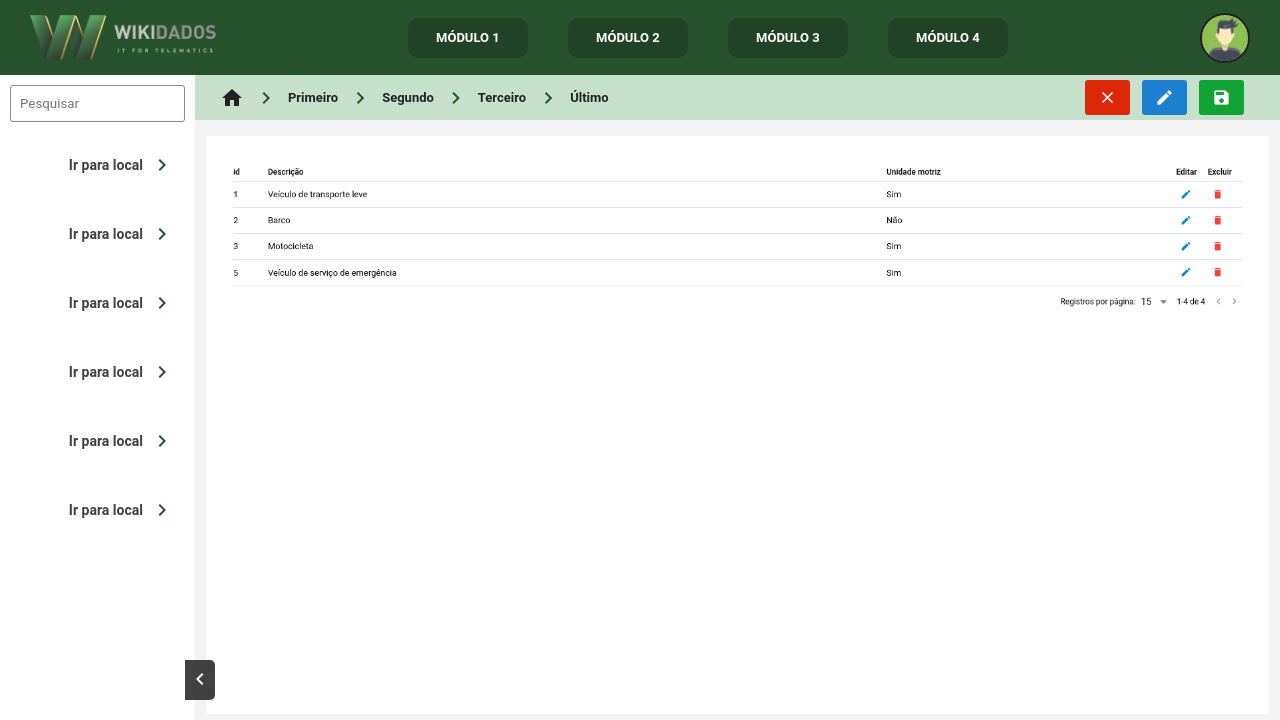
Repository: AlexDjon/alexdjon.github.io
Page: wiki-relayout/index.html
An editor plug-in stored every save of this project. The page is shown before and after the next save, followed by the edit.
The browser window is 1280 px wide. The pictures show the whole page.
Some web fonts or font styles are not loaded; a fallback is used.

Above is the page before, as saved 2020-08-12 17:26:28.

After the next save:
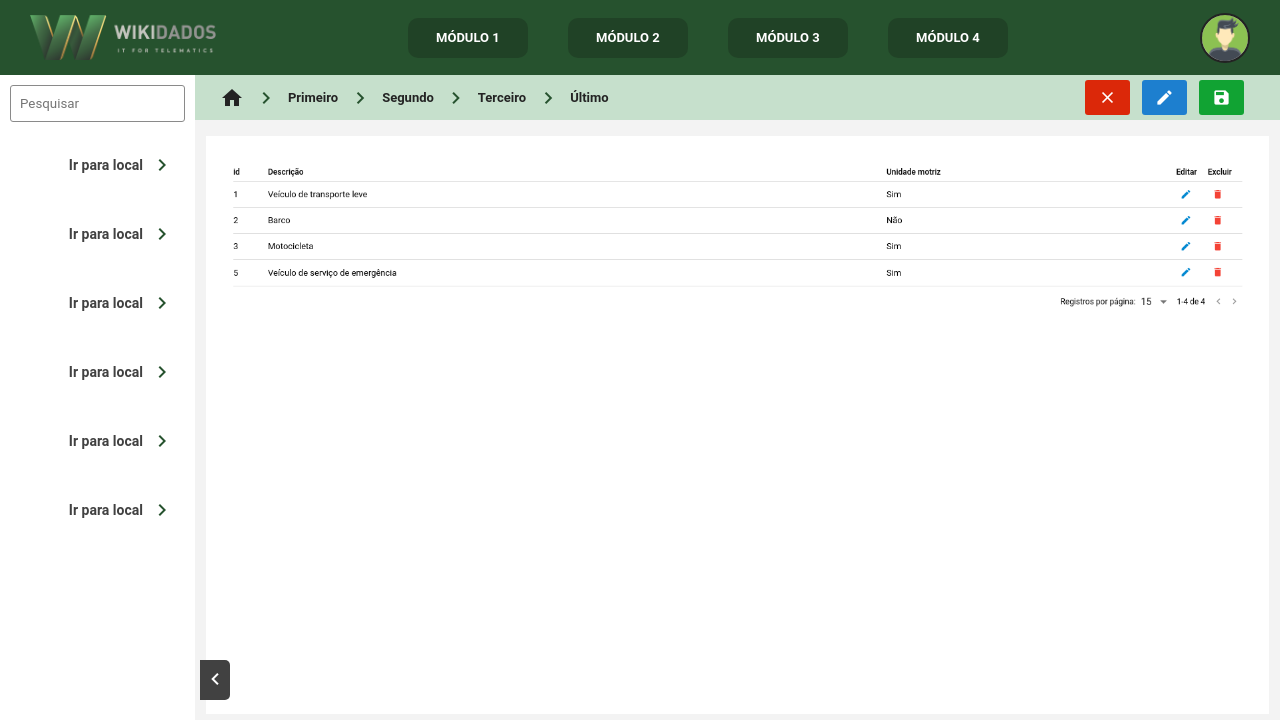
Saved 31 s later.
--- a/wiki-relayout/css/styles.css
+++ b/wiki-relayout/css/styles.css
@@ -158,7 +158,7 @@ body {
   border-radius: 0 5px 5px 0;
   height: 40px;
   background: var(--black2);
-  left: 184.92px;
+  left: 200.27px;
   margin: 0;
   cursor: pointer;
   transition: filter 0.3s;
